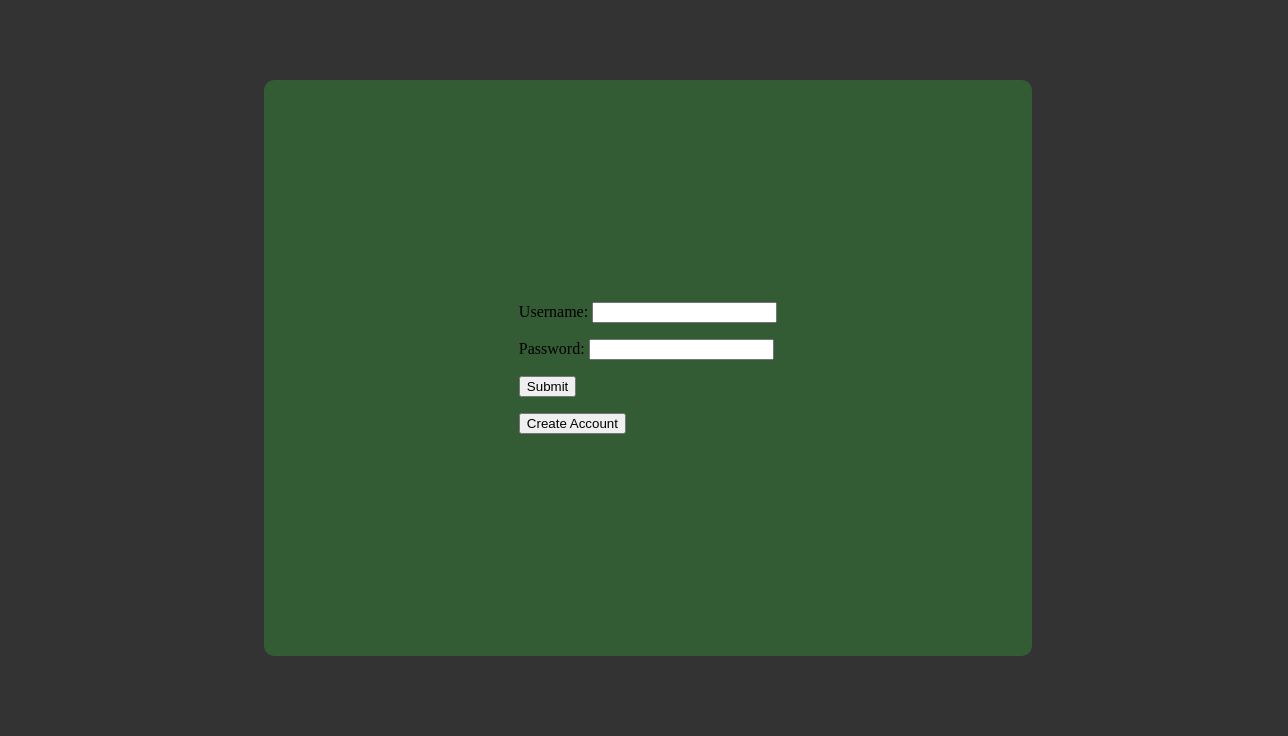
Repository: Jtho28/4830-group-project
Page: Esports-webproj/src/main/webapp/WEB-INF/Login.html
The author's editor kept a copy of each file at every save. The page is drawn from the files as they stood at one save, then again after the next save.
The browser window is 1280 px wide. The page is 1288 px wide, so the pictures cover 1288 px, including what lies to the right of the window. The pictures show the whole page.

Above is the page before, as saved 2022-11-16 21:04:27.

### Esports-webproj/src/main/webapp/WEB-INF/Login.html
<!DOCTYPE html>
<html>
<head>
<meta charset="UTF-8">
<title>Login</title>
<link rel="stylesheet" href="login.css">
</head>
<body>
<div class="login">
<form action="Login" method="post">
<p>Username: <input type="text" name="username" /></p>
<p>Password: <input type="password" name="password" /></p>
<p><input type="submit" /></p>
<p><button type="button">
Create Account
</button>
</form>
</div>
</body>
</html>

### Esports-webproj/src/main/webapp/WEB-INF/login.css
@charset "UTF-8";

body {
	display: flex;
	align-items: center;
	justify-content: center;
	height: 100vh;
	width: 100vw;
	background: rgba(0,0,0, .8);

}

.login {
	height: 80vh;
	width: 60vw;
	display: flex;
	align-items: center;
	justify-content: center;

	border-radius: 10px;
	background: rgba(50, 181, 55, .3);
	transition: ease all 0.5s;
	box-shadow: 0 2px px 2px rgba(0,0,0, .7)
}
.login:hover {
	background: rgba(50, 181, 55, .5);
}

h1 {
	color: yellow;
	margin-left: 20px;
}

After the next save:
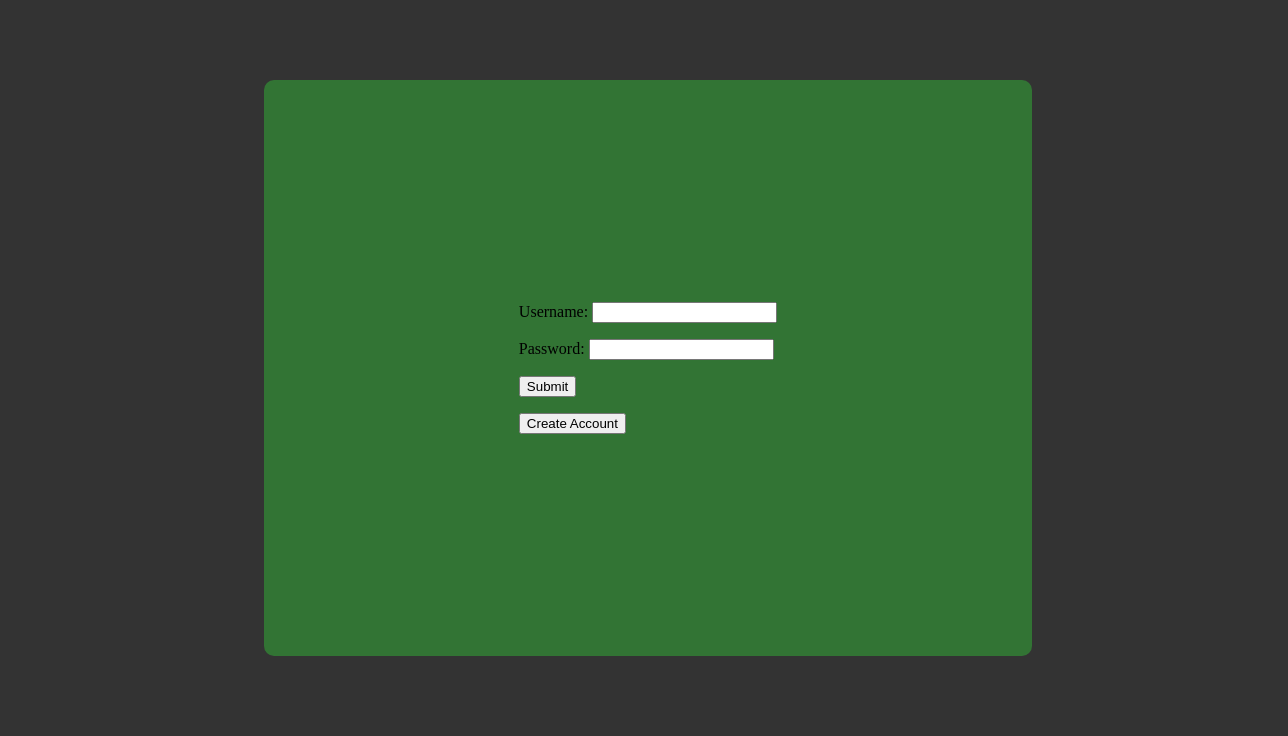
Saved 5 s later.
--- a/Esports-webproj/src/main/webapp/WEB-INF/login.css
+++ b/Esports-webproj/src/main/webapp/WEB-INF/login.css
@@ -18,7 +18,7 @@ body {
 	justify-content: center;
 
 	border-radius: 10px;
-	background: rgba(50, 181, 55, .3);
+	background: rgba(50, 181, 55, .5);
 	transition: ease all 0.5s;
 	box-shadow: 0 2px px 2px rgba(0,0,0, .7)
 }
